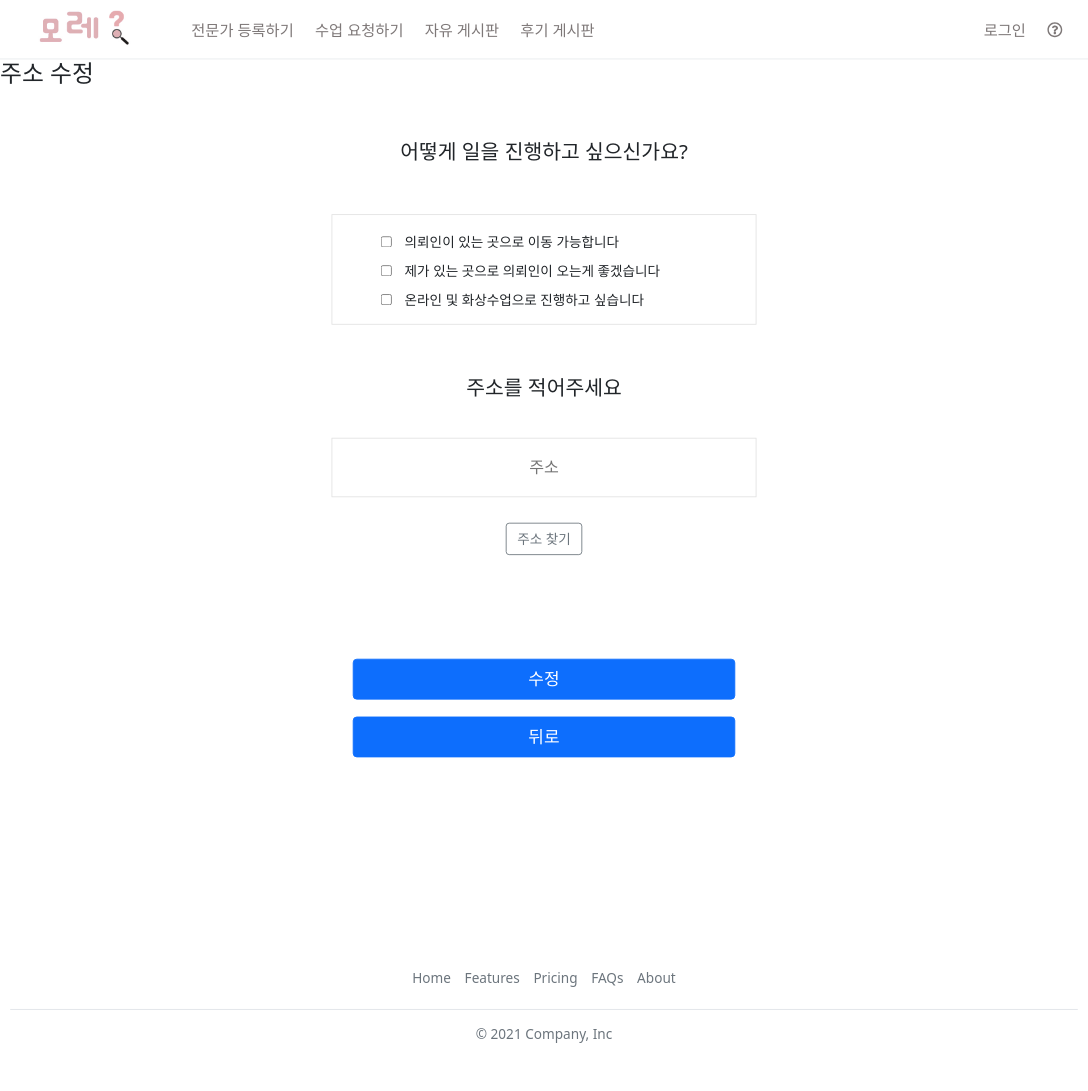
Repository: isssson/MVC2_more
Page: http://localhost/more/WEB-INF/views/expert/expertLocationForm.jsp
The author's editor kept a copy of each file at every save. The page is drawn from the files as they stood at one save, then again after the next save.
The browser window is 1280 px wide. The pictures show the whole page, at 85% of full size.
Some web libraries are served in a nearby version. The page is served by Tomcat 9. Nobody is signed in. Other server files are loaded and not shown. The template is opened directly, without the code that normally fills it, so the values that code supplies are empty.

Above is the page before, as saved 2021-12-08 02:32:13.

### more/src/main/webapp/WEB-INF/views/expert/expertLocationForm.jsp
<%@ page language="java" contentType="text/html; charset=UTF-8"
    pageEncoding="UTF-8"%>
<%@ taglib uri="http://java.sun.com/jsp/jstl/core" prefix="c" %>
<!DOCTYPE html>
<html>
<head>
<meta charset="UTF-8">
<link href="resources/css/bootstrap.min.css" rel="stylesheet">
<link href="resources/css/expert/regist3.css" rel="stylesheet">
<link href="resources/css/expert/regist4.css" rel="stylesheet">
<script src="//t1.daumcdn.net/mapjsapi/bundle/postcode/prod/postcode.v2.js"></script>
<script src="https://cdnjs.cloudflare.com/ajax/libs/jquery/3.4.1/jquery.min.js"></script>
<title>모레-전문가등록</title>
<style>
.updateBt{
   width:450px;
   height:200px;
   text-align:center;
   margin:0 auto;
   display:flex;
   flex-direction:column;
   justify-content: center;
}
</style>
</head>
<body>
<%@ include file="/WEB-INF/views/header.jsp" %>
<div id="section" class="bg-white">
   <h3>주소 수정</h3>
   <form name="expertLocationForm" action="expertLocation.do?id=${sessionScope.sessionId}" id="regist3" method="POST">
       <div class="container">
           <div class="content" style="padding-bottom:0px;">
               <h4 class="text-center">어떻게 일을 진행하고 싶으신가요?</h4>
                <div class="service-choice-box">
                     <ul id="id_travel_option">

                         <li><label for="id_travel_option_0"><input type="checkbox" name="process" value="의뢰인이 있는 곳으로 이동 가능합니다" id="id_travel_option_0"
                            <c:if test="${dto.process eq '의뢰인이 있는 곳으로 이동 가능합니다'}">
                        checked
                     </c:if>>의뢰인이 있는 곳으로 이동 가능합니다
                  </label></li>
                         <li><label for="id_travel_option_1"><input type="checkbox" name="process" value="제가 있는 곳으로 의뢰인이 오는게 좋겠습니다" id="id_travel_option_1"
                            <c:if test="${dto.process eq '제가 있는 곳으로 의뢰인이 오는게 좋겠습니다'}">
                        checked
                     </c:if>>제가 있는 곳으로 의뢰인이 오는게 좋겠습니다
                  </label></li>
                         <li><label for="id_travel_option_2"><input type="checkbox" name="process" value="온라인 및 화상수업으로 진행하고 싶습니다" id="id_travel_option_2"
                            <c:if test="${dto.process eq '온라인 및 화상수업으로 진행하고 싶습니다'}">
                        checked
                     </c:if>>온라인 및 화상수업으로 진행하고 싶습니다
                         </label></li>
                     </ul>
                </div>
             </div>
          </div>
          <div class="container">
             <div class="content" style="text-align:center; padding-bottom:50px;">
                <h4 class="text-center" style="margin-bottom:20px;">주소를 적어주세요</h4>
                   <input type="hidden" id="sample3_postcode" placeholder="우편번호">
               <input type="hidden" id="sample3_address" placeholder="주소"><br>
               <input type="text" name="ls_location" id="sample3_detailAddress" value="${dto.ls_location}" placeholder="주소" readonly style="height:70px;width:500px;font-size:19px; border:1px solid #e2e2e2; text-align:center;"><br>
               <input type="hidden" id="sample3_extraAddress" placeholder="참고항목">
               <input type="button" class="btn btn-outline-secondary" onclick="sample3_execDaumPostcode()" value="주소 찾기" style="text-align:center; margin:30px auto;">

               <div id="wrap" style="display:none;border:1px solid;width:500px;height:300px;margin:0 auto;position:relative">
               <img src="//t1.daumcdn.net/postcode/resource/images/close.png" id="btnFoldWrap" style="cursor:pointer;position:absolute;right:0px;top:-1px;z-index:1" onclick="foldDaumPostcode()" alt="접기 버튼">
               </div>
             </div>
          </div>
      <div class="updateBt">
           <button class="btn btn-lg btn-primary" type="submit" style="width: 450px; margin-bottom:20px;" >수정</button>
           <button class="btn btn-lg btn-primary" type="button" style="width: 450px;" onclick="location.href='expertProfile.do?id=${sessionScope.sessionId}'">뒤로</button>
        </div>
</form>
</div>
<script>
    // 우편번호 찾기 찾기 화면을 넣을 element
    var element_wrap = document.getElementById('wrap');

    function foldDaumPostcode() {
        // iframe을 넣은 element를 안보이게 한다.
        element_wrap.style.display = 'none';
    }

    function sample3_execDaumPostcode() {
        // 현재 scroll 위치를 저장해놓는다.
        var currentScroll = Math.max(document.body.scrollTop, document.documentElement.scrollTop);
        new daum.Postcode({
            oncomplete: function(data) {
                // 검색결과 항목을 클릭했을때 실행할 코드를 작성하는 부분.

                // 각 주소의 노출 규칙에 따라 주소를 조합한다.
                // 내려오는 변수가 값이 없는 경우엔 공백('')값을 가지므로, 이를 참고하여 분기 한다.
                var addr = ''; // 주소 변수
                var extraAddr = ''; // 참고항목 변수

                //사용자가 선택한 주소 타입에 따라 해당 주소 값을 가져온다.
                if (data.userSelectedType === 'R') { // 사용자가 도로명 주소를 선택했을 경우
                    addr = data.roadAddress;
                } else { // 사용자가 지번 주소를 선택했을 경우(J)
                    addr = data.jibunAddress;
                }

                // 사용자가 선택한 주소가 도로명 타입일때 참고항목을 조합한다.
                if(data.userSelectedType === 'R'){
                    // 법정동명이 있을 경우 추가한다. (법정리는 제외)
                    // 법정동의 경우 마지막 문자가 "동/로/가"로 끝난다.
                    if(data.bname !== '' && /[동|로|가]$/g.test(data.bname)){
                        extraAddr += data.bname;
                    }
                    // 건물명이 있고, 공동주택일 경우 추가한다.
                    if(data.buildingName !== '' && data.apartment === 'Y'){
                        extraAddr += (extraAddr !== '' ? ', ' + data.buildingName : data.buildingName);
                    }
                    // 표시할 참고항목이 있을 경우, 괄호까지 추가한 최종 문자열을 만든다.
                    if(extraAddr !== ''){
                        extraAddr = ' (' + extraAddr + ')';
                    }
                    // 조합된 참고항목을 해당 필드에 넣는다.
                    document.getElementById("sample3_extraAddress").value = extraAddr;

                } else {
                    document.getElementById("sample3_extraAddress").value = '';
                }

                // 우편번호와 주소 정보를 해당 필드에 넣는다.
                document.getElementById('sample3_postcode').value = data.zonecode;
                document.getElementById("sample3_detailAddress").value = addr;
                // 커서를 상세주소 필드로 이동한다.
                document.getElementById("sample3_detailAddress").focus();

                // iframe을 넣은 element를 안보이게 한다.
                // (autoClose:false 기능을 이용한다면, 아래 코드를 제거해야 화면에서 사라지지 않는다.)
                element_wrap.style.display = 'none';

                // 우편번호 찾기 화면이 보이기 이전으로 scroll 위치를 되돌린다.
                document.body.scrollTop = currentScroll;
            },
            // 우편번호 찾기 화면 크기가 조정되었을때 실행할 코드를 작성하는 부분. iframe을 넣은 element의 높이값을 조정한다.
            onresize : function(size) {
                element_wrap.style.height = size.height+'px';
            },
            width : '100%',
            height : '100%'
        }).embed(element_wrap);

        // iframe을 넣은 element를 보이게 한다.
        element_wrap.style.display = 'block';
    }
</script>
      <br>
      <br>
<%@ include file="/WEB-INF/views/footer.jsp" %>
</body>
</html>

### more/src/main/webapp/WEB-INF/views/header.jsp
<%@ page language="java" contentType="text/html; charset=UTF-8"
    pageEncoding="UTF-8"%>
<%@ taglib prefix="c" uri="http://java.sun.com/jsp/jstl/core" %>
<script src="https://use.fontawesome.com/releases/v5.2.0/js/all.js"></script>
<link href="resources/css/header.css" rel="stylesheet">
<!-- ---------------------비회원  -->
<c:if test="${sessionScope.sessionStatus == null }">
	<header>
    <div id="headerContainer">
        <a href="index.do"><img src="resources/img/more_logo.jpg" alt="logo" style="padding: 10px"></a>
        <div id="menubar">
          <div id="leftMenu">
            <div><a href="regist1.do">전문가 등록하기</a></div>
            <div><a href="lessonList.do">수업 요청하기</a></div>
            <div><a href="bbsList.do">자유 게시판</a></div>
            <div><a href="reviewList.do">후기 게시판</a></div>
          </div>
          <div id="rightMenu">
               <div><a href="login.do">로그인</a></div>
               <div><a href="#"><i class="far fa-question-circle"></i></a></div>
          </div>
        </div>
      </div>
	</header>
</c:if>
<!----------------------기본(의뢰인) 로그인중-->
<c:if test="${sessionScope.sessionStatus == 1 }">
	<header>
     <div id="headerContainer">
        <a href="index.do"><img src="resources/img/more_logo.jpg" alt="logo" style="padding: 10px"></a>
        <div id="menubar">
          <div id="leftMenu">
            <div id="client" onmouseover="show()" onmouseout="hide()">
               <a href="#">레슨</a>
              </div>
            <div id="joinExpert">
               <a href="regist1.do">전문가 등록하기</a>
             </div>
            <div><a href="bbsList.do">자유 게시판</a></div>
            <div><a href="reviewList.do">후기 게시판</a></div>
          </div>
          <div id="rightMenu">
            <div>${sessionScope.sessionName }님</div>
            <div><a href=""><i class="far fa-bell fa-1x"></i></a></div>
            <div><a href="setting.do"><i class="far fa-user fa-1x"></i></a></div>
            <div><a href="#"><i class="far fa-question-circle"></i></a></div>
          </div>
        </div>
      </div>
      <div id="hiddenHeaderContainer" onmouseover="show()" onmouseout="hide()">
        <div class="hiddenItem">
          <div class="Item"><a href="suggestList.do">레슨 목록</a></div>
          <div class="Item"><a href="lessonList.do">레슨 요청하기</a></div>
          <div class="Item"><a href="sentRequest.do?id=${sessionScope.sessionId}">보낸 요청</a></div>
          <div class="Item"><a href="#">받은 제안</a></div>
        </div>
      </div>
	</header>
</c:if>
<!-- -----------------------전문가 로그인중 -->
<c:if test="${sessionScope.sessionStatus == 2 }">
	<header>
     <div id="headerContainer">
       <a href="index.do"><img src="resources/img/more_logo.jpg" alt="logo" style="padding: 10px"></a>
       <div id="menubar">
         <div id="leftMenu">
           <div id="client" onmouseover="show()" onmouseout="hide()">
              <a href="#">레슨</a>
             </div>
           <div><a href="bbsList.do">자유 게시판</a></div>
           <div><a href="reviewList.do">후기 게시판</a></div>
         </div>
         <div id="rightMenu">
           <div id="client" onmouseover="show()" onmouseout="hide()">
               <div><a href="">10000 <i class="fas fa-coins fa-1x"></i></a></div>
             </div>
           <div>${sessionScope.sessionName }님</div>
              <div><a href=""><i class="far fa-bell fa-1x"></i></a></div>
           <div><a href="setting.do"><i class="far fa-user fa-1x"></i></a></div>
           <div><a href="#"><i class="far fa-question-circle"></i></a></div>
         </div>
       </div>
     </div>
     <div id="hiddenHeaderContainer" onmouseover="show()" onmouseout="hide()">
       <div class="hiddenItem">
       	 <div class="Item"><a href="requestList.do">레슨 목록</a></div>
       	 <div class="Item"><a href="suggest.do">레슨 제안하기</a></div>
         <div class="Item"><a href="#">보낸 제안</a></div>
		 <div class="Item"><a href="#">레슨 내역</a></div>
       </div>
     </div>
	</header>
</c:if>
   <script>
       function show(){
         document.getElementById('hiddenHeaderContainer').style.display='block';
       }
       function hide(){
         document.getElementById('hiddenHeaderContainer').style.display='none';
       }
  </script>

### more/src/main/webapp/WEB-INF/views/footer.jsp
<%@ page language="java" contentType="text/html; charset=UTF-8"
    pageEncoding="UTF-8"%>
<link href="resources/css/footer.css" rel="stylesheet">
<div class="container-fluid">
  <footer class="py-3 my-4">
    <ul class="nav justify-content-center border-bottom pb-3 mb-3">
      <li class="nav-item"><a href="#" class="nav-link px-2 text-muted">Home</a></li>
      <li class="nav-item"><a href="#" class="nav-link px-2 text-muted">Features</a></li>
      <li class="nav-item"><a href="#" class="nav-link px-2 text-muted">Pricing</a></li>
      <li class="nav-item"><a href="#" class="nav-link px-2 text-muted">FAQs</a></li>
      <li class="nav-item"><a href="#" class="nav-link px-2 text-muted">About</a></li>
    </ul>
    <p class="text-center text-muted">&copy; 2021 Company, Inc</p>
  </footer>
</div>

<div class="b-example-divider"></div>

### more/src/main/webapp/resources/css/expert/regist3.css
@charset "UTF-8";
a {
    text-decoration: none;
}
ul, li {
    list-style: none;
}
#section {
    position: relative;
    padding-bottom: 90px;
}

#section .container {
    width: 960px;
    margin-left: auto;
    margin-right: auto;
}
#id_code {
    padding-left: 0px;
}
.content {
    padding-bottom: 100px;
}
.content h4 {
    margin: 60px 0;
}
.service-choice-box {
    width: 500px;
    margin-left: auto;
    margin-right: auto;
}
/* 하단 버튼 */
#section .container-fluid {
    height: 90px;
    position: absolute;
    bottom: 0;
    width: 100%;
}
a.prev-btn {
    display: inline-block;
    font-size: 18px;
    color: #4d4d4d;
    margin-top: 32px;
}
.service-choice-box input {
    margin: 0;
    margin-left: 25px;
    margin-right: 15px;
}
.blue-btn {
    background-color: #1976de;
    color: #fff;
    border: 1px solid #1367c5;
    border-radius: 4px;
    text-align: center;
}
.step-nav button {
    width: 95px;
    height: 50px;
    font-size: 18px;
    margin-top: 20px;
    float: right;
}
.bg-eee {
    background-color: #eee;
}
.col-xs-6 {
    width: 50%;
    float: left;
    position: relative;
    min-height: 1px;
    padding-left: 15px;
    padding-right: 15px;
}

### more/src/main/webapp/resources/css/expert/regist4.css
@charset "UTF-8";
a {
     text-decoration: none;
 }
 ul, li {
     padding-top: 10px;
     list-style: none;
 }
 #section {
     position: relative;
     padding-bottom: 90px;
 }

 #section .container {
     width: 960px;
     margin-left: auto;
     margin-right: auto;
 }
 #id_code {
     padding-left: 0px;
 }
 .content {
     padding-bottom: 100px;
 }
 .content h4 {
     margin: 60px 0;
 }
 .service-choice-box {
     width: 500px;
     margin-left: auto;
     margin-right: auto;
     border: 1px solid #e2e2e2;
 }
 /* 하단 버튼 */
#section .container-fluid {
    height: 90px;
    position: absolute;
    bottom: 0;
    width: 100%;
}
a.prev-btn {
    display: inline-block;
    font-size: 18px;
    color: #4d4d4d;
    margin-top: 32px;
}
.service-choice-box input {
    margin: 0;
    margin-left: 25px;
    margin-right: 15px;
}
.blue-btn {
    background-color: #1976de;
    color: #fff;
    border: 1px solid #1367c5;
    border-radius: 4px;
    text-align: center;
}
.step-nav button {
    width: 95px;
    height: 50px;
    font-size: 18px;
    margin-top: 20px;
    float: right;
}
.bg-eee {
    background-color: #eee;
}
.col-xs-6 {
    width: 50%;
    float: left;
    position: relative;
    min-height: 1px;
    padding-left: 15px;
    padding-right: 15px;
}

### more/src/main/webapp/resources/css/header.css
@charset "UTF-8";
a{
    text-decoration:none;
    color:rgb(26, 25, 25);
}
a:hover{
    color:rgb(26, 25, 25);
}
svg{
    color: #7e7878;
}
svg:hover{
    color: #424040;
    cursor: pointer;
}
#headerContainer{
    width:100%;
    height:70px;
    margin: 0 auto;
    display: flex;
    flex-direction: row;
    border-bottom:1px solid #dee2e6;
}
#headerContainer img{
    width: 200px;
    height: 65px;
    object-fit: cover;
}
#headerContainer #menubar{
    width:100%;
    height: 70px;
    display: flex;
    flex-direction: row;
    justify-content: space-between;
}
#headerContainer #menubar div a{
    font-size: 18px;
    color: #7e7878;
}
#headerContainer #menubar a:hover{
    color: #424040;
    font-weight: bold;
}
#menubar #leftMenu{
    display: flex;
}
#menubar #rightMenu{
    display: flex;
    margin-right: 30px;
}
#menubar #leftMenu div, #menubar #rightMenu div{
    font-size: 18px;
    line-height: 70px;
    margin-left: 25px;
}
#hiddenHeaderContainer{
    position: absolute;
    display: none;
    z-index: 1;
    width:100%;
    height:70px;
    left:50%;
    border-top:1px solid rgb(187, 183, 183);
    border-bottom:1px solid rgb(187, 183, 183);
    transform: translate(-50%);
    background-color: white;
}
#hiddenHeaderContainer .hiddenItem{

    width:100%;
    height:70px;
    margin-left: 170px;
    display: flex;
}
#hiddenHeaderContainer .hiddenItem .Item a{
    font-size: 18px;
    line-height: 70px;
    margin-left: 50px;
    color: #7e7878;
}
#hiddenHeaderContainer .hiddenItem .Item a:hover{
    color: #424040;
    font-weight: bold;
}

### more/src/main/webapp/resources/css/footer.css
@charset "UTF-8";
li {
	border-top: none;
}

Loaded but not shown: more/src/main/webapp/resources/css/bootstrap.min.css (library)

After the next save:
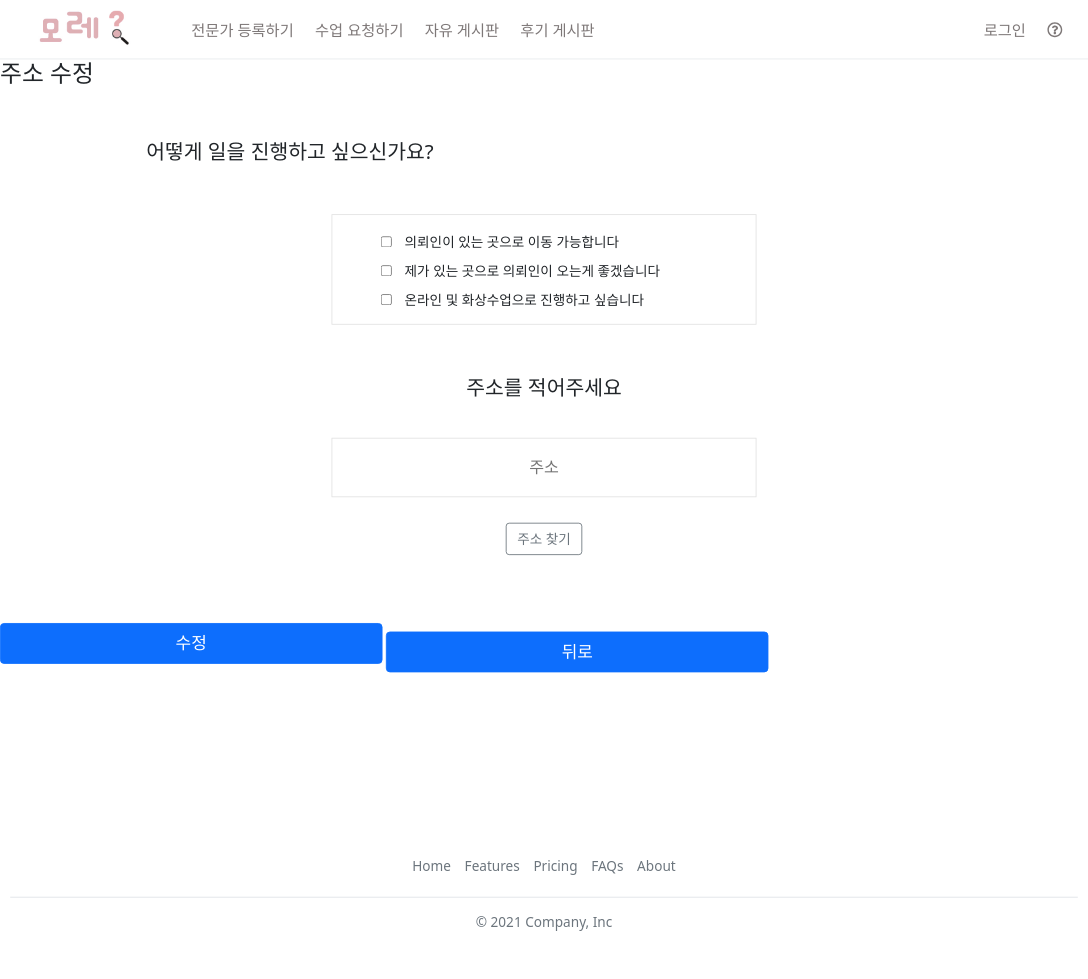
Saved 4 min 59 s later.
--- a/more/src/main/webapp/WEB-INF/views/expert/expertLocationForm.jsp
+++ b/more/src/main/webapp/WEB-INF/views/expert/expertLocationForm.jsp
@@ -11,17 +11,7 @@
 <script src="//t1.daumcdn.net/mapjsapi/bundle/postcode/prod/postcode.v2.js"></script>
 <script src="https://cdnjs.cloudflare.com/ajax/libs/jquery/3.4.1/jquery.min.js"></script>
 <title>모레-전문가등록</title>
-<style>
-.updateBt{
-   width:450px;
-   height:200px;
-   text-align:center;
-   margin:0 auto;
-   display:flex;
-   flex-direction:column;
-   justify-content: center;
-}
-</style>
+
 </head>
 <body>
 <%@ include file="/WEB-INF/views/header.jsp" %>
@@ -30,7 +20,7 @@
    <form name="expertLocationForm" action="expertLocation.do?id=${sessionScope.sessionId}" id="regist3" method="POST">
        <div class="container">
            <div class="content" style="padding-bottom:0px;">
-               <h4 class="text-center">어떻게 일을 진행하고 싶으신가요?</h4>
+               <h4 class="subject">어떻게 일을 진행하고 싶으신가요?</h4>
                 <div class="service-choice-box">
                      <ul id="id_travel_option">
 
@@ -55,7 +45,7 @@
           </div>
           <div class="container">
              <div class="content" style="text-align:center; padding-bottom:50px;">
-                <h4 class="text-center" style="margin-bottom:20px;">주소를 적어주세요</h4>
+                <h4 class="subject" style="margin-bottom:20px;">주소를 적어주세요</h4>
                    <input type="hidden" id="sample3_postcode" placeholder="우편번호">
                <input type="hidden" id="sample3_address" placeholder="주소"><br>
                <input type="text" name="ls_location" id="sample3_detailAddress" value="${dto.ls_location}" placeholder="주소" readonly style="height:70px;width:500px;font-size:19px; border:1px solid #e2e2e2; text-align:center;"><br>
